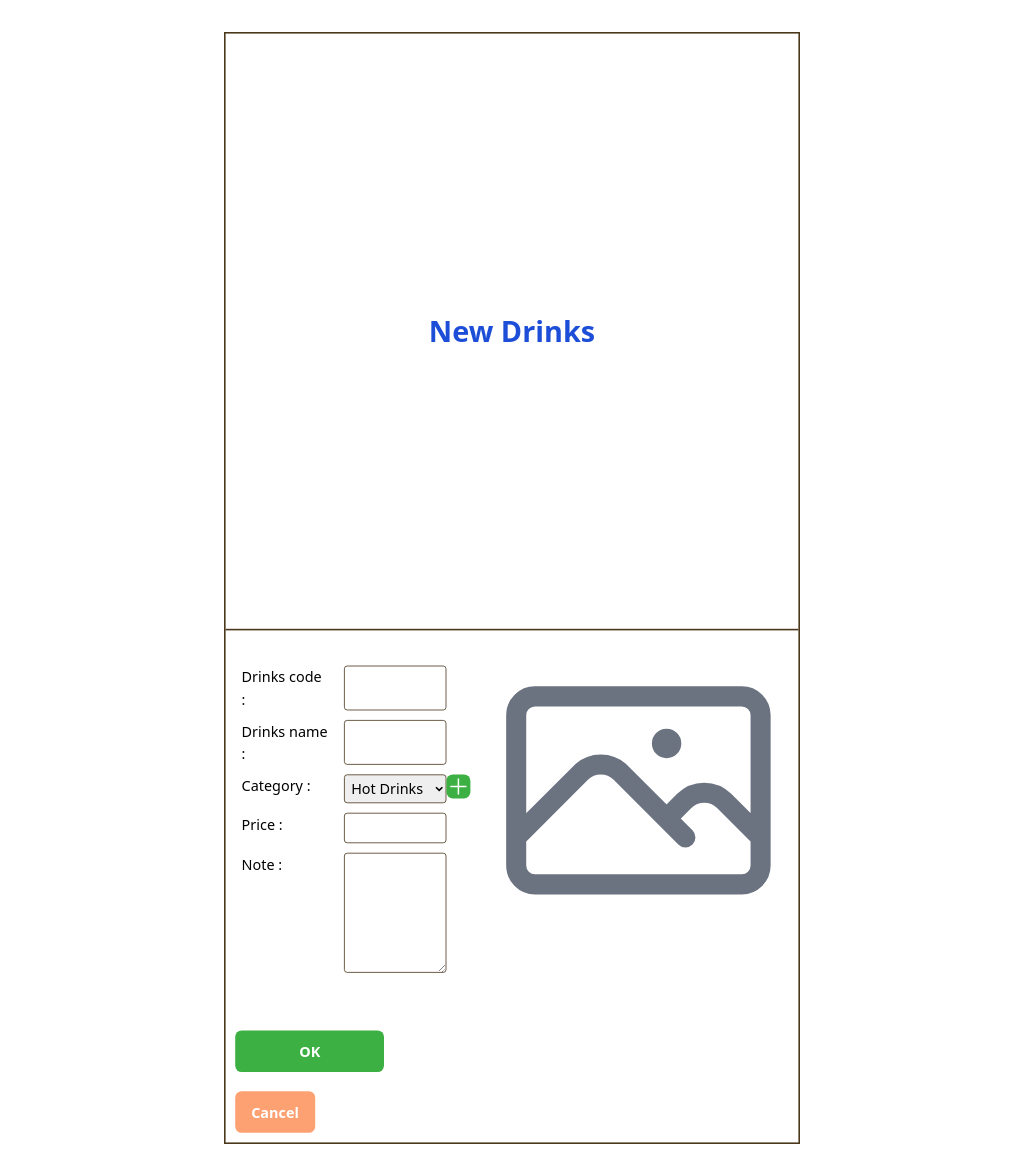
Repository: Dapravith/Midterm-SE-GIC-Cafe-Project-Group16
Page: bin/main/templates/addDrink.html
An editor plug-in stored every save of this project. The page is shown before and after the next save, followed by the edit.
The browser window is 1280 px wide. The pictures show the whole page, at 80% of full size.
Some web libraries are served in a nearby version.

Above is the page before, as saved 2023-05-17 08:32:22.

After the next save:
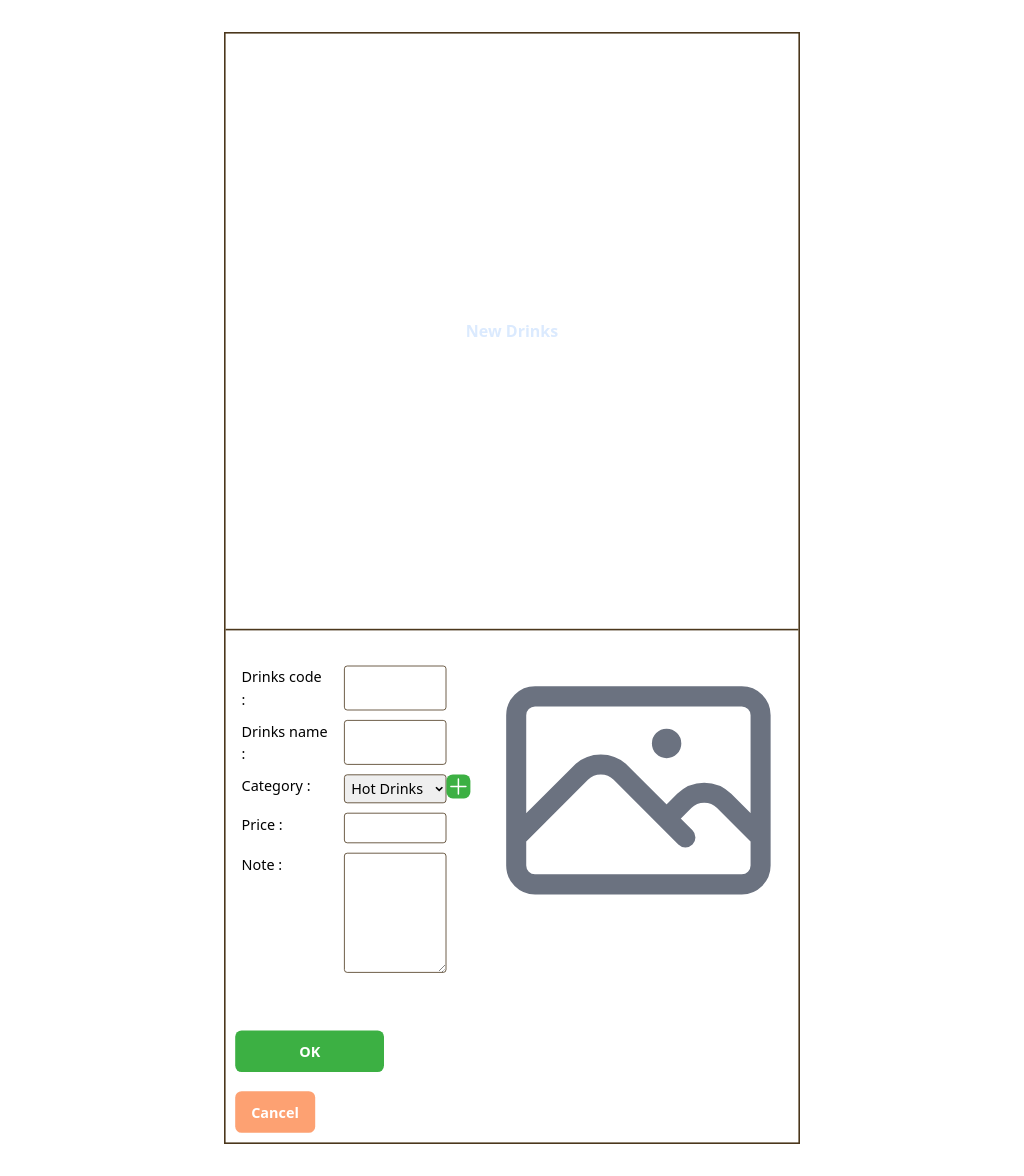
Saved 11 s later.
--- a/bin/main/templates/addDrink.html
+++ b/bin/main/templates/addDrink.html
@@ -25,7 +25,7 @@
     <div class="new_drink w-[60%] h-fit m-auto  border-[2px] border-solid border-[#4B371C] ">
         <div class="p-3 head">
             <div class="flex items-center justify-center h-screen">
-                <h2 class="text-4xl font-bold text-center text-blue-700">New Drinks</h2>
+                <h2 class="text-xl font-bold text-center text-blue-100">New Drinks</h2>
             </div>
         </div>
         <div class="w-[100%] border-[1px] border-solid border-[#4B371C]"></div>
